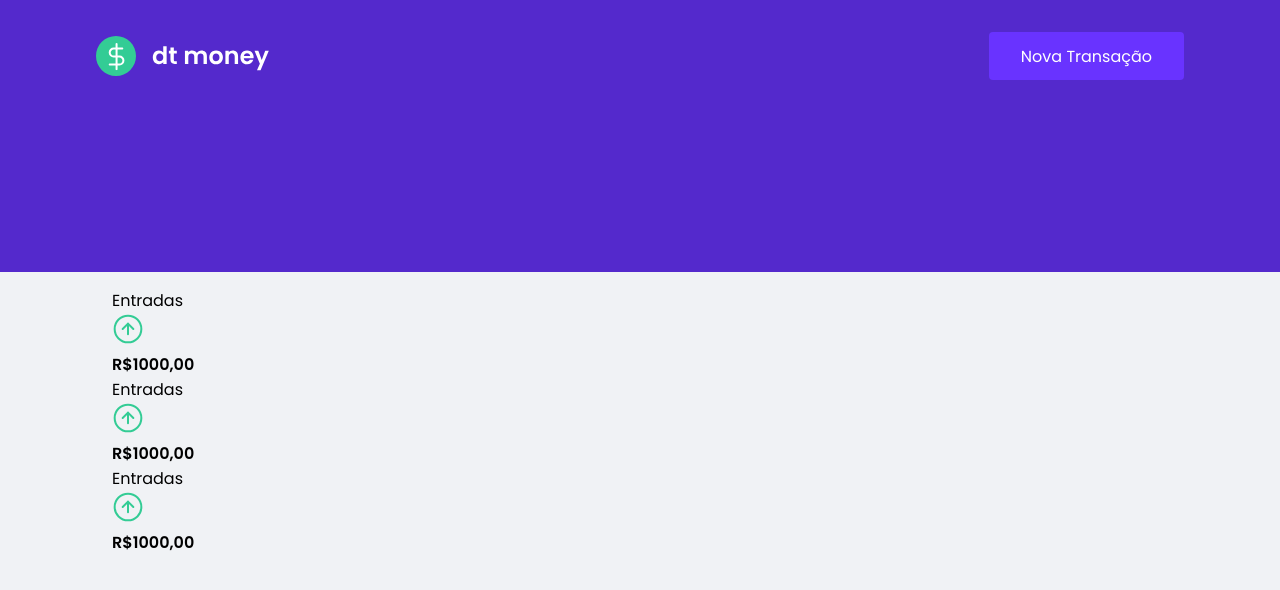
Repository: FreitasGabriel/dtmoney
Page: /
The author's editor kept a copy of each file at every save. The page is drawn from the files as they stood at one save, then again after the next save.
The browser window is 1280 px wide. The pictures show the whole page.
The project was rebuilt for these pictures with package versions that can differ from the ones it lists, and the page was loaded fresh each time.

Above is the page before, as saved 2021-03-15 21:07:25.

### public/index.html
<!DOCTYPE html>
<html lang="en">

<head>
    <link rel="preconnect" href="https://fonts.gstatic.com">
    <meta charset="UTF-8">
    <meta name="viewport" content="width=device-width, initial-scale=1.0">
    <link rel="shortcut icon" href="favicon.png" type="image/png">
    <link href="https://fonts.googleapis.com/css2?family=Poppins:wght@400;600&display=swap" rel="stylesheet">
    <title>DT Money</title>
</head>

<body>
    <div id="root"></div>
</body>

</html>

### src/App.tsx
import { Dashboard } from "./components/Dashboard";
import { Header } from "./components/Header";
import { GlobalStyle } from "./styles/global"

export default function App() {
  return (
    <>
      <Header />
      <Dashboard />
      <GlobalStyle />
    </>
  );
}

### src/components/Dashboard/index.tsx
import { Summary } from '../Summary'
import { Container } from './styles'

export function Dashboard() {
    return (
        <Container>
            <Summary />
        </Container>
    )
}

### src/components/Header/index.tsx
import logoImg from "../../assets/logo.svg"
import { Container, Content } from "./styles"

export function Header() {
    return (
        <Container>
            <Content>
                <img src={logoImg} alt="dt money" />
                <button type="button">
                    Nova Transação
                </button>
            </Content>
        </Container>
    )
}

### src/styles/global.ts
import { createGlobalStyle } from 'styled-components'

export const GlobalStyle = createGlobalStyle`

    :root {
        --background: #F0F2F5;
        --shape: #FFFFFF;

        --red: #E52E4D;
        --blue: #5429CC;

        --blue-light: #6933FF;
        --text-title: #363F5F;
        --text-body: #969CB3;

    }

    * {
        margin: 0;
        padding: 0;
        box-sizing: border-box;
    }

    //font-size: 16px - padrão(Desktop)
    html {
        @media(max-width: 1080px){
            font-size: 93.75%; // Vai fazer com que o font-size tenha 15px
        }

        @media(max-width: 720px){
            font-size: 87.5%; // Vai fazer com que o font-size tenha 14px
        }
    }

    // REM = 1rem = font-size padrão da página.

    body {
        background: var(--background);
        -webkit-font-smoothing: antialiased;
    }

    body, input, textarea, button {
        font-family: 'Poppins', sans-serif;
        font-weight: 400;
    }

    h1, h2, h3, h4, h5, h6, strong{
        font-weight: 600;
    }

    button {
        cursor: pointer;
    }

    [disabled] {
        opacity: 0.6;
        cursor: not-allowed;
    }


`

### src/components/Summary/index.tsx
import incomeImg from '../../assets/income.svg'

import { Container } from './styles'

export function Summary() {
    return (
        <Container>
            <div>
                <header>
                    <p>Entradas</p>
                    <img src={incomeImg} alt="Entradas" />
                </header>
                <strong>R$1000,00</strong>
            </div>
            <div>
                <header>
                    <p>Entradas</p>
                    <img src={incomeImg} alt="Entradas" />
                </header>
                <strong>R$1000,00</strong>
            </div>
            <div>
                <header>
                    <p>Entradas</p>
                    <img src={incomeImg} alt="Entradas" />
                </header>
                <strong>R$1000,00</strong>
            </div>
        </Container>
    )
}

### src/components/Dashboard/styles.ts
import styled from 'styled-components'

export const Container = styled.main`
    max-width: 1120px;
    margin: 0 auto;
    padding: 1rem 2rem;
`

### src/components/Header/styles.ts
import styled from 'styled-components'

export const Container = styled.header`
    background: var(--blue);
`

export const Content = styled.div`
    max-width: 1120px;
    margin: 0 auto;

    padding: 2rem 1rem 12rem;
    display: flex;
    align-items: center;
    justify-content: space-between;

    button{
        font-size: 1rem;
        color: var(--shape);
        background: var(--blue-light);
        border: 0;
        padding: 0 2rem;
        border-radius: 0.25rem;
        height: 3rem;

        transition: filter 0.2s;

        &:hover{
            filter: brightness(0.9);
        }
    }


`

Loaded but not shown: src/index.tsx (common file); src/components/Summary/styles.ts (common file)

After the next save:
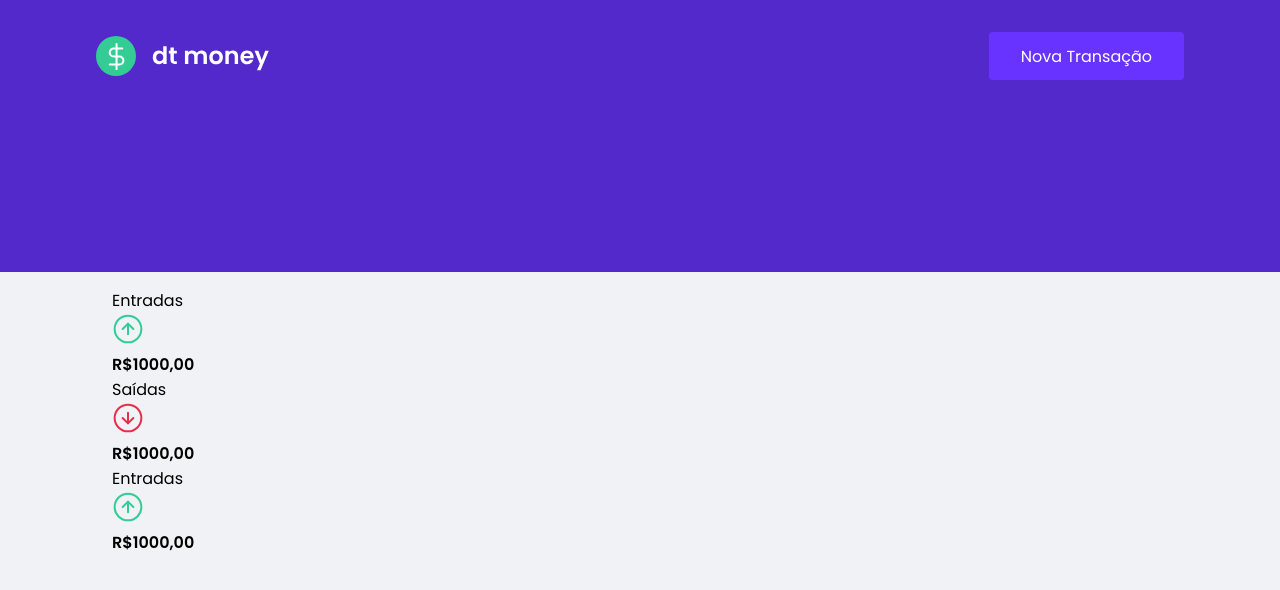
Saved 33 s later.
--- a/src/components/Summary/index.tsx
+++ b/src/components/Summary/index.tsx
@@ -1,4 +1,5 @@
 import incomeImg from '../../assets/income.svg'
+import outcomeImg from '../../assets/outcome.svg'
 
 import { Container } from './styles'
 
@@ -14,8 +15,8 @@ export function Summary() {
             </div>
             <div>
                 <header>
-                    <p>Entradas</p>
-                    <img src={incomeImg} alt="Entradas" />
+                    <p>Saídas</p>
+                    <img src={outcomeImg} alt="Entradas" />
                 </header>
                 <strong>R$1000,00</strong>
             </div>
